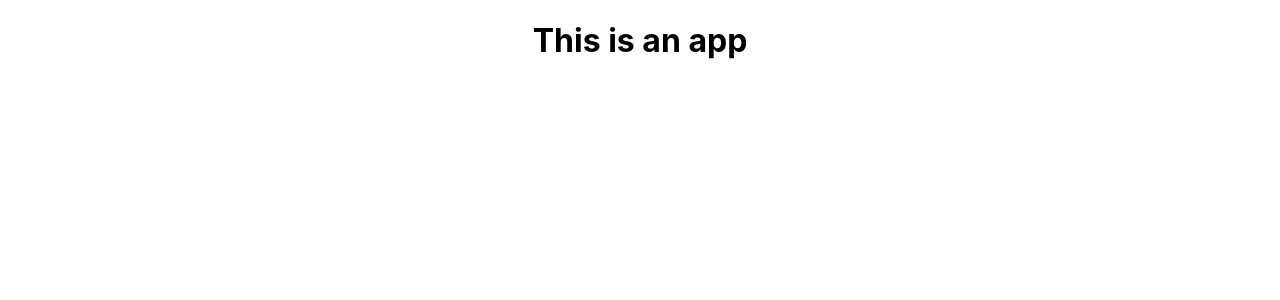
Repository: tjcages/blog_app
Page: /
An editor plug-in stored every save of this project. The page is shown before and after the next save, followed by the edit.
The browser window is 1280 px wide. The pictures show the whole page.
The project was rebuilt for these pictures with package versions that can differ from the ones it lists, and the page was loaded fresh each time.

Above is the page before, as saved 2021-02-14 13:40:53.

### src/App.js
import './App.css';

function App() {
  return (
    <div className="App">
      <h1>This is an app</h1>
    </div>
  );
}

export default App;

Loaded but not shown: public/index.html (common file); src/index.js (common file); src/index.css (common file); src/App.css (common file)

After the next save:
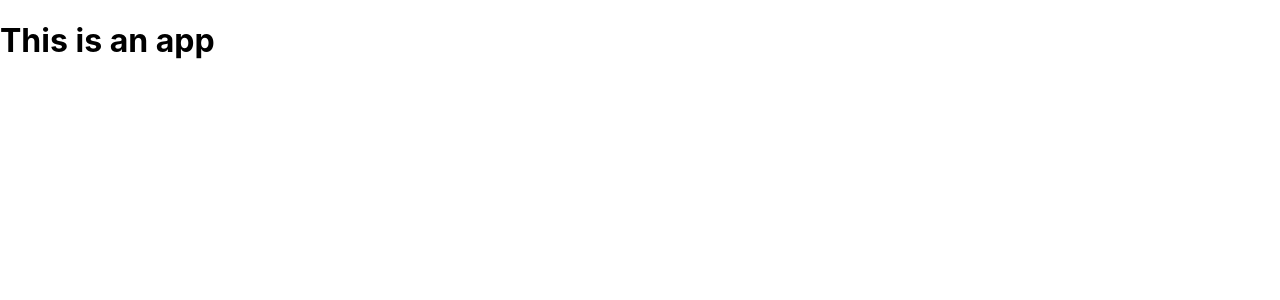
Saved 18 s later.
--- a/src/App.js
+++ b/src/App.js
@@ -1,5 +1,3 @@
-import './App.css';
-
 function App() {
   return (
     <div className="App">
